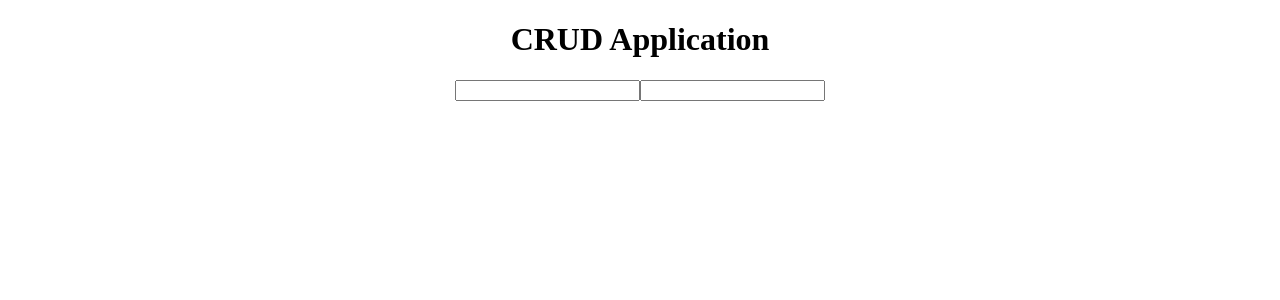
Repository: DorAzaria/CRUD-React-Node-MySQL
Page: / (app in client/)
An editor plug-in stored every save of this project. The page is shown before and after the next save, followed by the edit.
The browser window is 1280 px wide. The pictures show the whole page.
The project was rebuilt for these pictures with package versions that can differ from the ones it lists, and the page was loaded fresh each time.

Above is the page before, as saved 2022-12-21 15:10:18.

### client/src/index.js
import React from 'react';
import ReactDOM from 'react-dom/client';
import App from './App';

const root = ReactDOM.createRoot(document.getElementById('root'));
root.render(
    <App />,
);

### client/src/App.js
import './App.css';

function App() {
  return (
    <div className="App">
      <h1>CRUD Application</h1>

      <input type="text" name="movieName"/>
      <input type="text" name="review"/>

    </div>
  );
}

export default App;

### client/src/App.css
.App {
  text-align: center;
}

.form {
  display: flex;
  flex-direction: column;
}

Loaded but not shown: client/public/index.html (common file)

After the next save:
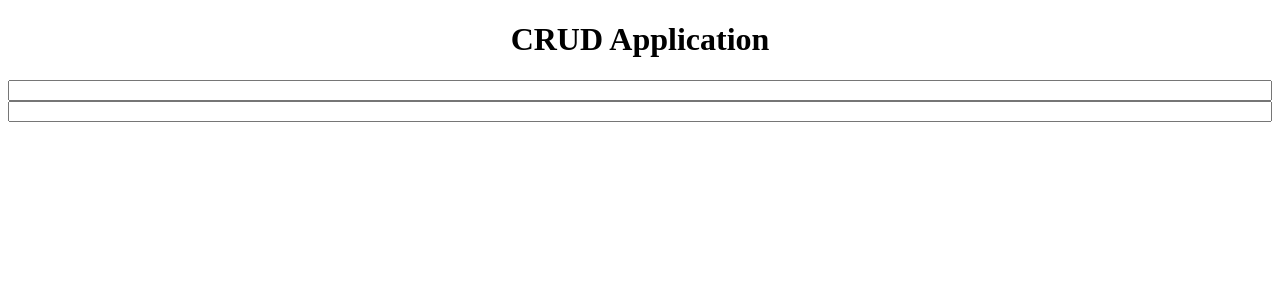
Saved 23 s later.
--- a/client/src/App.js
+++ b/client/src/App.js
@@ -5,9 +5,11 @@ function App() {
     <div className="App">
       <h1>CRUD Application</h1>
 
-      <input type="text" name="movieName"/>
-      <input type="text" name="review"/>
 
+      <div className='form'>
+        <input type="text" name="movieName"/>
+        <input type="text" name="review"/>
+      </div>
     </div>
   );
 }
